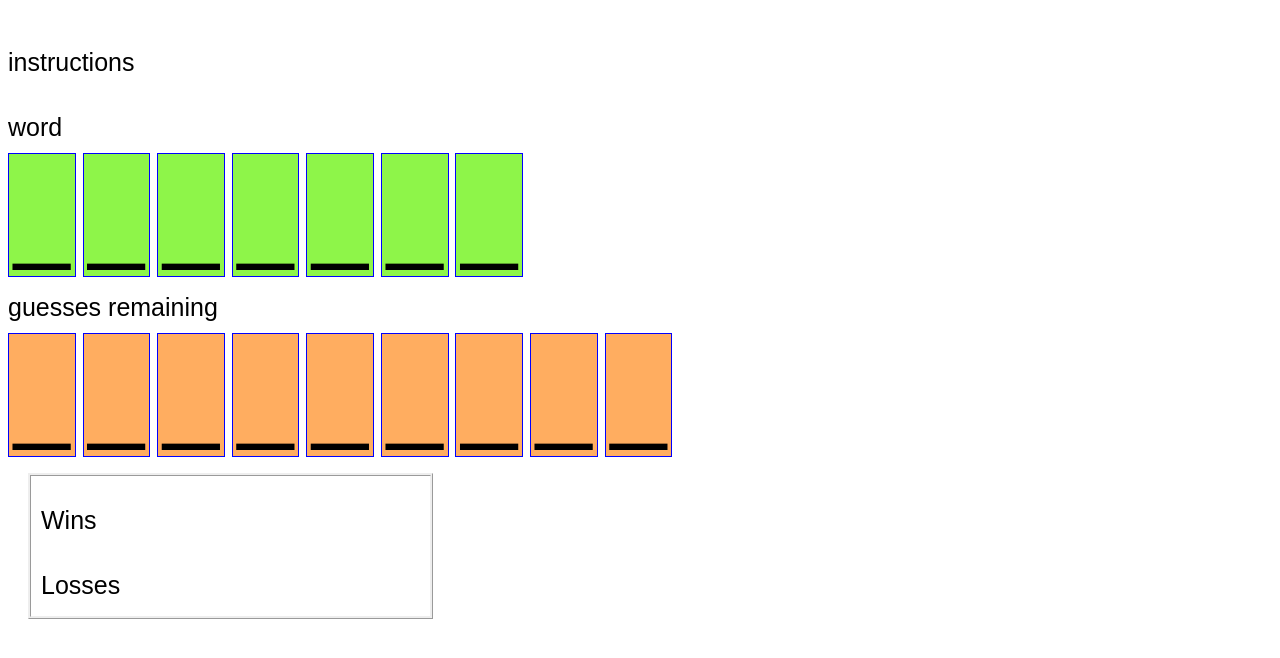
Repository: dsaftler/JavaScript
Page: index.html
The author's editor kept a copy of each file at every save. The page is drawn from the files as they stood at one save, then again after the next save.
The browser window is 1280 px wide. The pictures show the whole page.

Above is the page before, as saved 2019-03-30 00:33:17.

### index.html
<!DOCTYPE html>
<html lang="en">
<head>
  <meta charset="UTF-8">
  <meta name="viewport" content="width=device-width, initial-scale=1.0">
  <meta http-equiv="X-UA-Compatible" content="ie=edge">
  <link href="https://fonts.googleapis.com/css?family=Ubuntu+Mono" rel="stylesheet">
  <link rel="stylesheet" href="assets\css\style.css">
  <title>JavaScript Hangman Game</title>
</head>
<body>
    <div class="container showtext">
        <div class="instructions showtext">instructions</div>
        <div class="word showtext">word</div>
         <div class="letter match" id="chr_0">_</div>
         <div class="letter match" id="chr_1">_</div>
         <div class="letter match" id="chr_2">_</div>
         <div class="letter match" id="chr_3">_</div>
         <div class="letter match" id="chr_4">_</div>
         <div class="letter match" id="chr_5">_</div>
         <div class="letter match" id="chr_6">_</div>


        <div class="guesses showtext" id="showRemaining">guesses remaining </div>

        <div class="letter guessed" id="guess_0">_</div>
        <div class="letter guessed" id="guess_1">_</div>
        <div class="letter guessed" id="guess_2">_</div>
        <div class="letter guessed" id="guess_3">_</div>
        <div class="letter guessed" id="guess_4">_</div>
        <div class="letter guessed" id="guess_5">_</div>
        <div class="letter guessed" id="guess_6">_</div>
        <div class="letter guessed" id="guess_7">_</div>
        <div class="letter guessed" id="guess_8">_</div>


      <div class="score">
      <div class="showtext" id="showWins">Wins</div>
      <div class="showtext" id="showLosses">Losses</div>
      </div>
      </div>



<script type="text/javascript" src="assets/javascript/game.js"></script>
</body>
</html>

### assets/css/style.css
body {font-family: 'Ubuntu', sans-serif;
font-weight: 400}
.showtext {height:35px;
padding: 20px 0 10px;
font-size: 25px;}
.letter {font-size: 100px;
  display: inline;
  padding: 5px;}
.match {
  border: 1px solid blue;
  background-color: rgb(142, 245, 73)}
.guessed {
  font-weight: 100;
  border: 1px solid blue;
  background-color: rgb(255, 173, 96)}
.score{
  margin-top: 20px;
  margin-left: 20px;
  padding:10px;
  height:120px;
  width: 30%;
  border-style: ridge}

### assets/javascript/game.js
// Variables
var  wordArr = ["unicorn","griffin","dragon","mermaid","centaur","pegasus"];
// for (var i=0; i<wordArr.length; i++){
//   console.log(wordArr[i]);
// }
var cntWins,
  curCntGuess,
  ltr_0,
  ltr_1,
  ltr_2,
  ltr_3,
  ltr_4,
  ltr_5,
  ltr_6;

 var ltrTried_0,
  ltrTried_1,
  ltrTried_2,
  ltrTried_3,
  ltrTried_4,
  ltrTried_5,
  ltrTried_6,
  ltrTried_7,
  ltrTried_8,
  ltrTried_9 ;
var  cntWins=0;

// within the game
// while wordArr.length>0

 var curPtr=0, curCntGuess = 0;
 var curLetter="",curWord="";
// curPtr= .... select a random word
//curWordArr = array the word at that index
for (var i=0; i<curWord.length; i++){
  // console.log(thisWord.charAt([i]));
  //fruits.push("Kiwi")
  curWordArr.push(curWord.charAt([i]));
}
// intialize badGuess as empy array
var badGuess = [], curWordArr=[];
// whil curCntGuess < 10
 // get a keypress to curLetter
 // if escape, exit

 // increment curCntGuess
 curCntGuess++
//See if that letter was already chosen by parsing badGuess
for (var j=0; j<badGuess.length; j++);
  // alert?  maybe make that letter change color?
//  else

    // for every letter in curWord, see if that letter exists at that index  charAt(index)
    // if so, pop that into correct index in curWordArr
    // for (var i=0; i<curWordArr.length; i++){
    // if index [i]is is blank
      //curWordArr[i]=curLetter
      //set getElementId for that index (see if I can create a variable "ltr_"+(toString([i]))
      // now compare the word in curWordArr with curWord
      // ===
      // Alert :You Won
      // show image
      // "cntWins"
      // remove that word from the array wordARR

    //else
       // restart the game

 // else
    // pop that letter into the badGuess array
    // push content for ltrTried ids

After the next save:
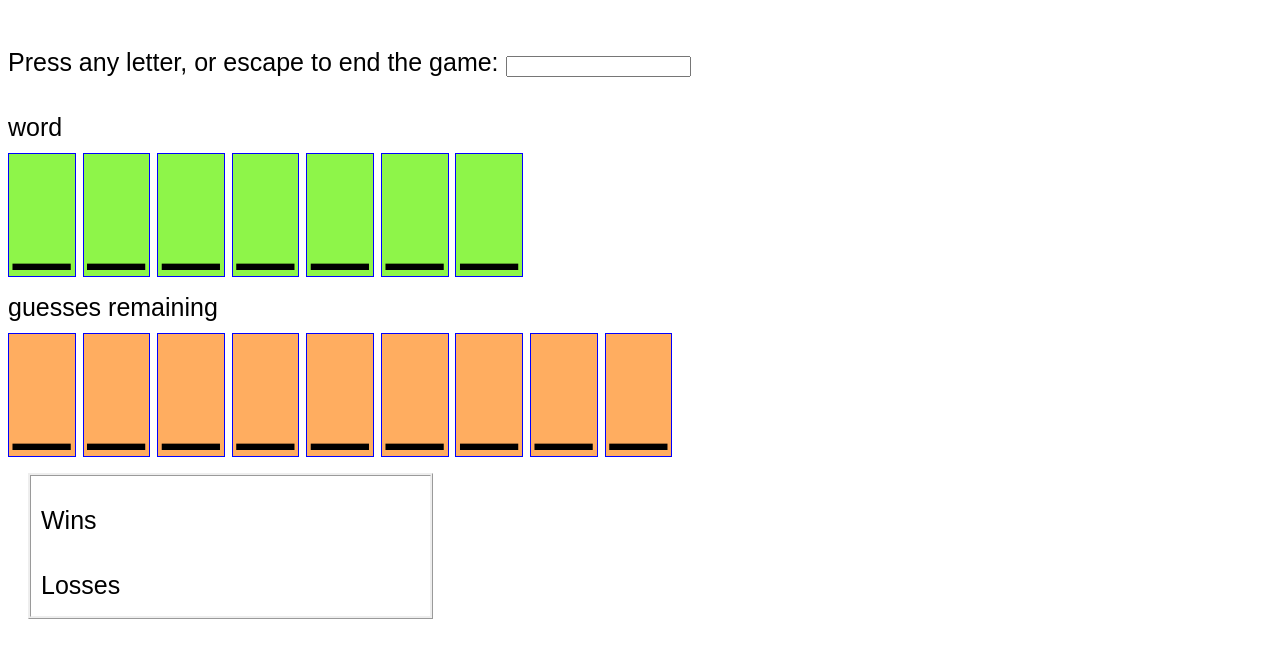
Saved 37 min 47 s later.
--- a/index.html
+++ b/index.html
@@ -10,7 +10,9 @@
 </head>
 <body>
     <div class="container showtext">
-        <div class="instructions showtext">instructions</div>
+        <div class="instructions showtext">Press any letter, or escape to end the game:
+          <input type="text" id="getKeyPress" onkeyup="getUserGuess()">
+        </div>
         <div class="word showtext">word</div>
          <div class="letter match" id="chr_0">_</div>
          <div class="letter match" id="chr_1">_</div>
